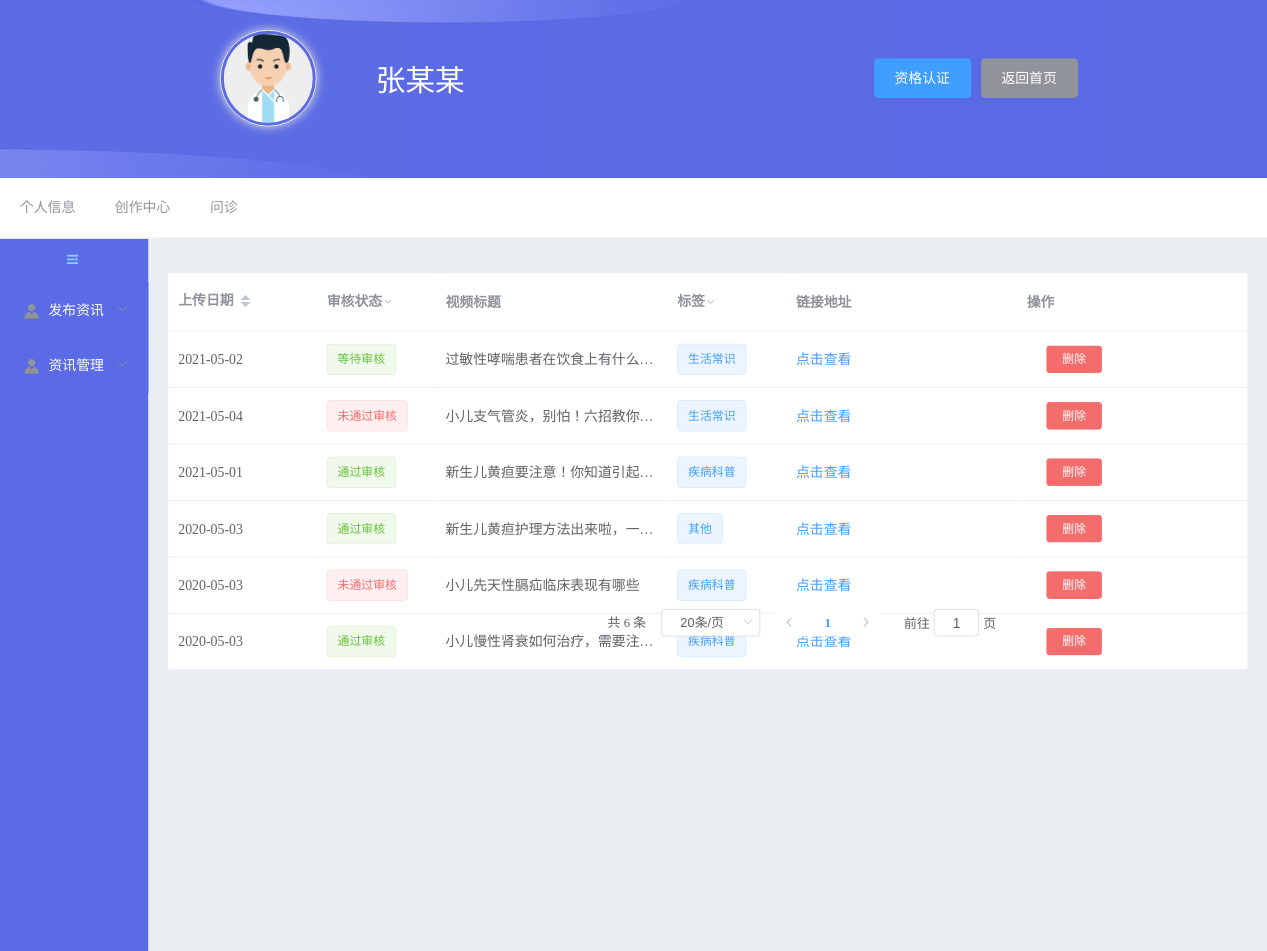
Repository: DiscreteL/SOA_Front
Page: /#/manageVideo
An editor plug-in stored every save of this project. The page is shown before and after the next save, followed by the edit.
The browser window is 1280 px wide. The pictures show the whole page, at 99% of full size.
The project was rebuilt for these pictures with package versions that can differ from the ones it lists, and the page was loaded fresh each time. Also part of the build but not shown: vue.config.js, src/components/navigation.vue, src/components/dialog.vue, src/views/news.vue, src/components/announcement.vue, src/components/patientKnow.vue, src/views/Home.vue, src/views/login.vue and 15 more.

Above is the page before, as saved 2021-11-29 16:25:23.

After the next save:
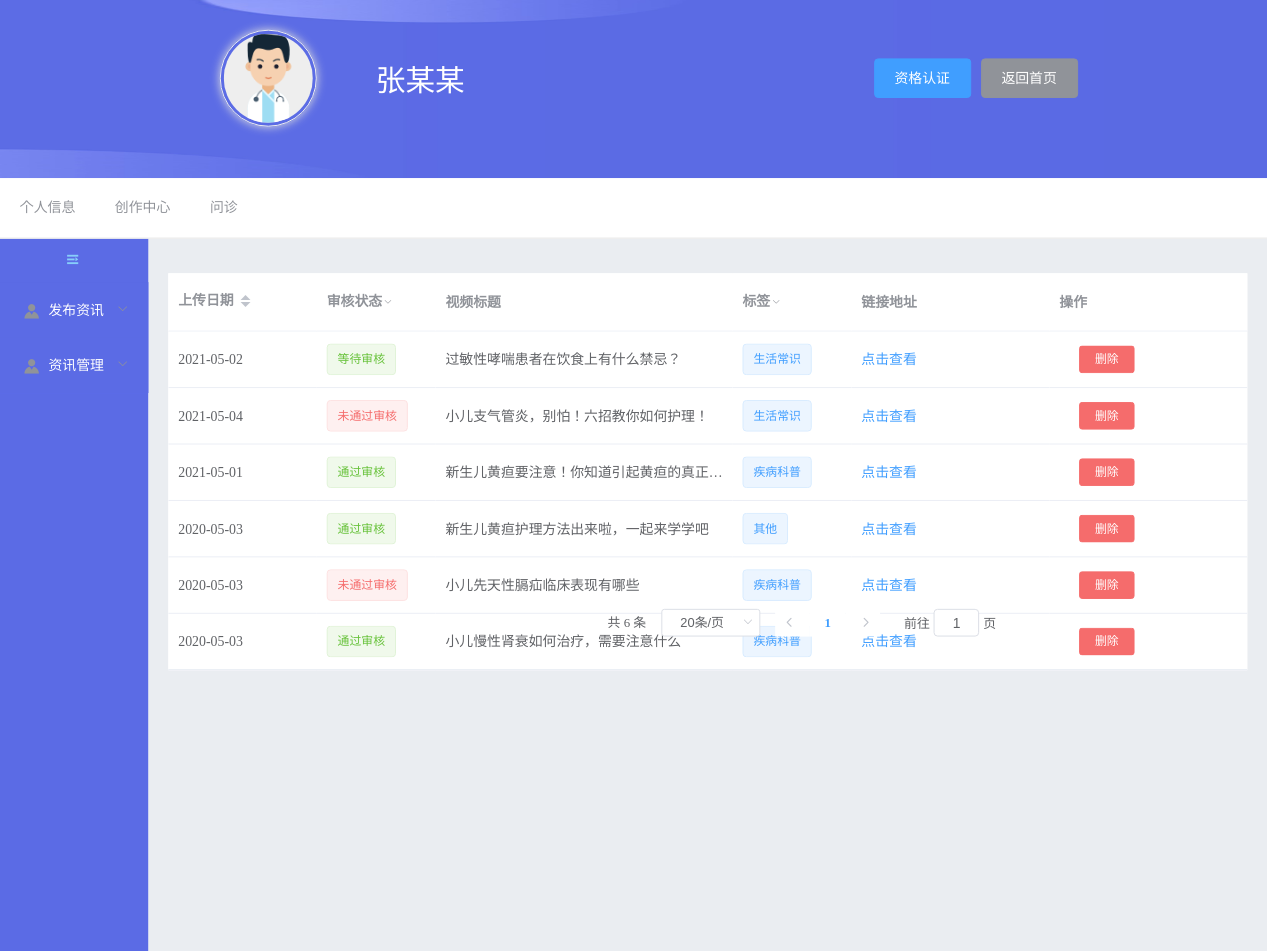
Saved 22 s later.
--- a/src/views/doctor/message/manageVideo.vue
+++ b/src/views/doctor/message/manageVideo.vue
@@ -40,6 +40,7 @@
         <el-table-column
           prop="title"
           label="视频标题"
+          width="300"
           :show-overflow-tooltip="true"
         >
         </el-table-column>
